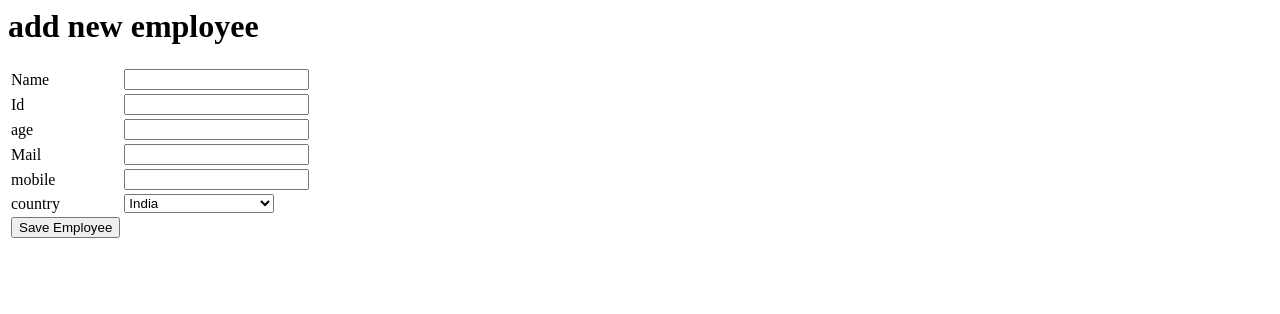
Repository: zeeshan495/AdvanceJava
Page: CrudServlets/WebContent/index.html
An editor plug-in stored every save of this project. The page is shown before and after the next save, followed by the edit.
The browser window is 1280 px wide. The pictures show the whole page.

Above is the page before, as saved 2018-06-28 09:56:33.

After the next save:
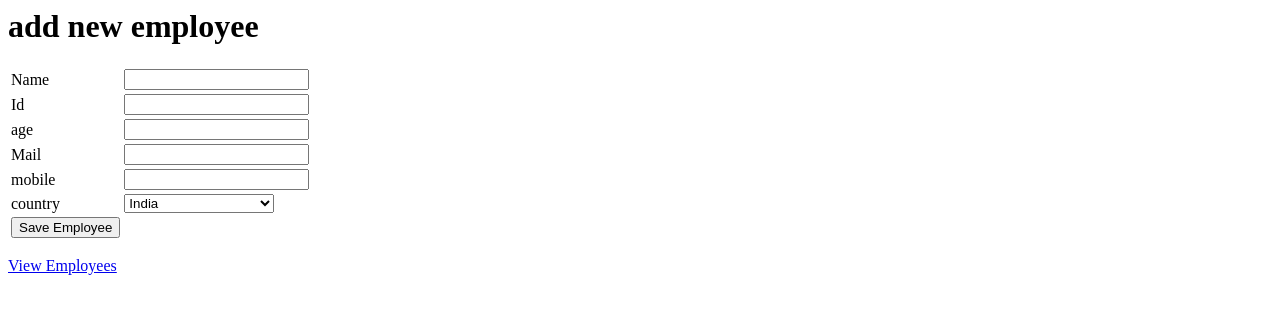
Saved 118 s later.
--- a/CrudServlets/WebContent/index.html
+++ b/CrudServlets/WebContent/index.html
@@ -24,5 +24,7 @@
 <tr><td><input type="submit" value="Save Employee"/></td></tr>
 </table>
 </form>
+
+<a href="ViewServlets">View Employees</a>
 </body>
 </html>
